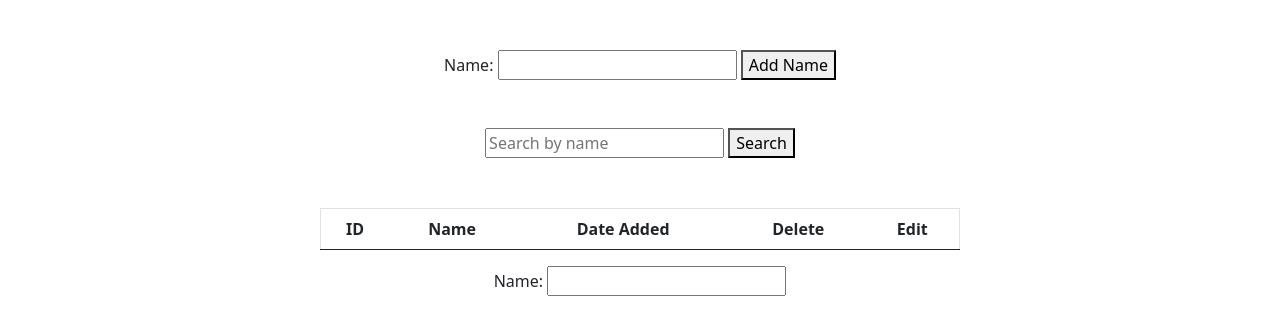
Repository: Theracon/Simple-mysql-node-app
Page: client/index.html
These files come from the project's save history. The page is drawn as it stood at one moment and after the next save; the edit follows.
The browser window is 1280 px wide. The pictures show the whole page.
The page's requests for data from a server got no answer.

Above is the page before, as saved 2021-06-04 21:01:31.

### client/index.html
<!DOCTYPE html>
<html lang="en">

<head>
    <meta charset="UTF-8">
    <meta http-equiv="X-UA-Compatible" content="IE=edge">
    <meta name="viewport" content="width=device-width, initial-scale=1.0">
    <link rel="stylesheet" href="stylesheet.css">
    <link href="https://cdn.jsdelivr.net/npm/bootstrap@5.0.1/dist/css/bootstrap.min.css" rel="stylesheet" integrity="sha384-+0n0xVW2eSR5OomGNYDnhzAbDsOXxcvSN1TPprVMTNDbiYZCxYbOOl7+AMvyTG2x" crossorigin="anonymous">
    <title>MySQL Node App</title>
</head>

<body>
    <main>
        <label>Name:</label>
        <input type="text" id="name-input">
        <button id="add-name-btn">Add Name</button>

        <br><br><br>

        <div>
            <input type="text" placeholder="Search by name" id="search-input">
            <button id="search-btn">Search</button>
        </div>

        <table id="table" class="table">
            <thead>
                <th>ID</th>
                <th>Name</th>
                <th>Date Added</th>
                <th>Delete</th>
                <th>Edit</th>
            </thead>
            <tbody></tbody>
        </table>

        <section id="update-row">
            <label>Name:</label>
            <input type="text" id="update-name-input">
        </section>
    </main>

    <script src="index.js"></script>
</body>

</html>

### client/stylesheet.css
main {
    width: 50%;
    margin: 50px auto;
    text-align: center;
}

table {
    margin: 50px auto;
}

table,
th,
td {
    border: 1px solid #000;
    border-collapse: collapse;
}

th,
td {
    padding: 5px;
}

### client/index.js
document.addEventListener('DOMContentLoaded', function() {
    fetch('http://localhost:5000/getAll')
        .then(response => response.json())
        .then(data => loadHTMLTable(data['data']));
});

document.querySelector('table tbody').addEventListener('click', e => {
    if (e.target.className === 'delete-row-btn') {
        deleteRowById(e.target.dataset.id);
    }
});

function deleteRowById(id) {
    fetch('http://localhost:5000/delete/' + id, { method: 'DELETE' })
        .then(response => response.json())
        .then(data => {
            if (data.success) {
                location.reload();
            }
        });
}

const addBtn = document.querySelector('#add-name-btn');

addBtn.onclick = function() {
    const nameInput = document.querySelector('#name-input');
    const name = nameInput.value;
    nameInput.value = '';
    nameInput.focus();

    fetch('http://localhost:5000/insert', {
            headers: {
                'Content-type': 'application/json'
            },
            method: 'POST',
            body: JSON.stringify({ name: name })
        })
        .then(response => response.json())
        .then(data => {
            insertRowIntoTable(data['data'])
        });
}

function insertRowIntoTable(data) {
    const table = document.querySelector('table tbody');
    const isTableEmpty = document.querySelector('.no-data');

    let tableHTML = "<tr>";

    for (let key in data) {
        if (data.hasOwnProperty(key)) {
            if (key === 'dateAdded') {
                data[key] = new Date(data[key]).toLocaleString();
            }
            tableHTML += `<td>${data[key]}</td>`;
        }
    }

    tableHTML += `<td><button class="delete-row-btn" data-id=${data.id}>Delete</button></td>`;
    tableHTML += `<td><button class="edit-row-btn" data-id=${data.id}>Edit</button></td>`;

    tableHTML += "</tr>";

    if (isTableEmpty) {
        table.innerHTML = tableHTML;
    } else {
        const newTableRow = table.insertRow();
        newTableRow.innerHTML = tableHTML;
    }
}

function loadHTMLTable(data) {
    const table = document.querySelector('table tbody');

    if (data.length === 0) {
        table.innerHTML = "<><td class='no-data' colspan='5'>No Data</td></>";
    } else {
        let tableHTML = "";

        data.forEach(({ id, name, date_added }) => {
            tableHTML += "<tr>";
            tableHTML += `<td>${id}</td>`;
            tableHTML += `<td>${name}</td>`;
            tableHTML += `<td>${new Date(date_added).toLocaleString()}</td>`;
            tableHTML += `<td><button class="delete-row-btn" data-id=${id}>Delete</button></td>`;
            tableHTML += `<td><button class="edit-row-btn" data-id=${id}>Edit</button></td>`;
            tableHTML += "</tr>";
        });

        table.innerHTML = tableHTML;
    }
}

After the next save:
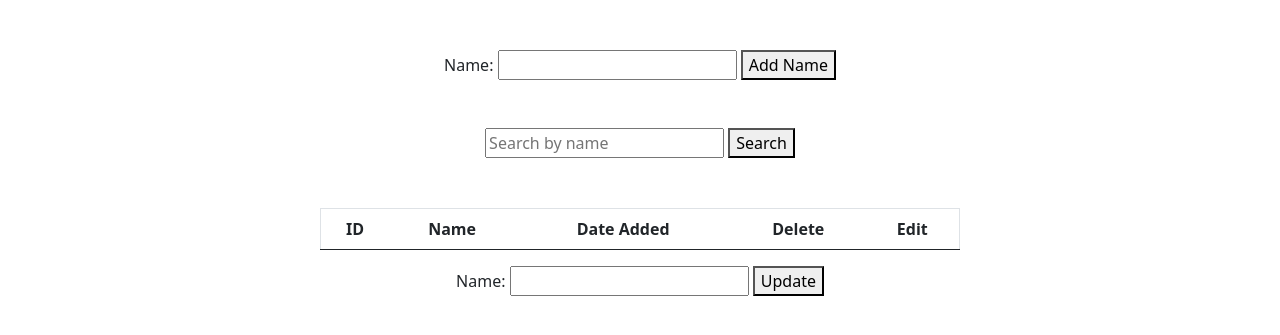
Saved 21 s later.
--- a/client/index.html
+++ b/client/index.html
@@ -37,6 +37,7 @@
         <section id="update-row">
             <label>Name:</label>
             <input type="text" id="update-name-input">
+            <button>Update</button>
         </section>
     </main>
 
